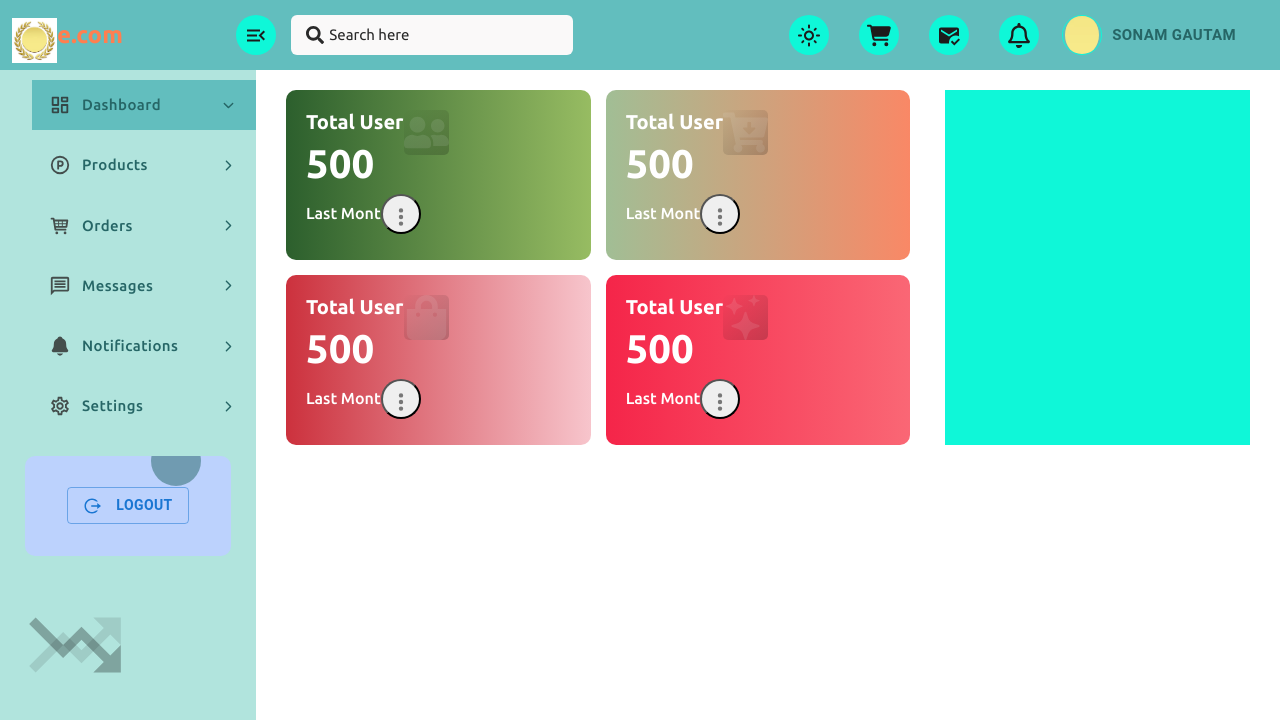
Repository: gautamsonam011/admin-react-dashboard
Page: /
These files come from the project's save history. The page is drawn as it stood at one moment and after the next save; the edit follows.
The browser window is 1280 px wide. The pictures show the whole page.
The project was rebuilt for these pictures with package versions that can differ from the ones it lists, and the page was loaded fresh each time.

Above is the page before, as saved 2025-04-16 14:17:28.

### src/App.css
@import url('https://fonts.googleapis.com/css2?family=Ubuntu:ital,wght@0,300;0,400;0,500;0,700;1,300;1,400;1,500;1,700&display=swap');

body{
  font-family: "Ubuntu", sans-serif !important;
  background-color: #f4f8f7;

}

header{
  width:100%;
  height: 70px;
  background-color:#62bebe;
  position: fixed;
  top:0px;
  left:0px;
  z-index: 1000;
}
header .logo{
  text-decoration: none;
}
header .logo img{
  margin-top: 10px;
  width:45px;

}

header .logo span{
color: coral;
font-weight: bolder;
font-size: 24px;
}
header button.rounded-circle{min-width:40px !important; width:40px !important; height: 40px !important; background-color:#0ff7d8 !important; margin: 15px;}
header button.rounded-circle svg{color:rgb(29, 27, 27); font-size: 25px !important; transition: all 0.2s ease-in-out;}
header button.rounded-circle:hover svg{color: #2585d4 !important;}
.searchBox{width:400px; height: 40px; background-color:#faf9f9; border-radius: 6px;padding: 3px 15px;}
.searchBox input{background: transparent;border:0px; outline:none; padding-left: 5px; font-size: 15px; color:#292929}
.searchBox input::-webkit-input-placeholder{color:#292929}
.searchBox svg{font-size: 18px; color:#292929 ;}

.userImg{display: flex; align-items:center; justify-content: center; overflow: hidden; width:40px; height: 40px; border:1px solid #0ff7d8; padding: 2px; border-radius: 100%;}
.userImg .rounded-circle{display: flex; align-items:center; justify-content: center; overflow: hidden; width: 40px; height: 40px; cursor: pointer; position: relative;}
.userImg .rounded-circle .img{object-fit: cover; width: 100%;}
.userInfo{padding-left: 10px;}
.userInfo h5{font-size: 15px; font-weight: 600; margin-bottom:0px; color: #266666;}

#account-menu li{font-size: 14px !important;}
#account-menu li svg{font-size: 20px !important}

.dropdown-info{padding-left: 6px;}
.dropdown-info h4{font-size: 15px; font-weight:600;margin-top: 2px; white-space: break-space; line-height: 21px;}
.dropdown-info p{font-size: 10px; color: #2585d4;}


/* Style for sidebar  */

.main .sidebarWrapper{width: 20%; flex: 0 0 20%; transition: all 0.3s ease-in-out;}
.main .sidebarWrapper .sidebar{width:20%; height: 100vh; position:fixed; top: 70px; left:0px; background:#b1e4dd; overflow-y: scroll; overflow-x: hidden;}
.main .sidebarWrapper .sidebar::-webkit-scrollbar-thumb{background: transparent !important; width:3px;}
.main .sidebarWrapper:hover .sidebar::-webkit-scrollbar{ background:#2585d4; width:3px;}
.main .sidebarWrapper .sidebar ul{margin-bottom:0px;}
.main .sidebarWrapper .sidebar ul li{list-style: none; margin-top:10px;}
.main .sidebarWrapper .sidebar ul li button{color:#266666; text-align: left; justify-content: left; border-radius:0px !important; padding: 12px 15px !important;
  align-items: center; text-transform: capitalize !important;font-family: "Ubuntu", sans-serif !important;
  margin-left: 0px; font-size: 15px !important;
}
.main .sidebarWrapper .sidebar ul li button .icon{display: flex; align-items:center; justify-content: center; width:25px; height:25px; margin-right: 10px;}
.main .sidebarWrapper .sidebar ul li button .icon svg{color:#292929; opacity: 0.8; font-size: 22px;}
.main .sidebarWrapper .sidebar ul li button .arrow{margin-left: auto; display: flex; align-items: center; justify-content: center; width: 25px; transition: all 0.3s ease-in-out}
.main .sidebarWrapper .sidebar ul li button:hover{background:#62bebe !important;}
.main .sidebarWrapper .sidebar ul li button.active{background: #62bebe !important;}
.main .sidebarWrapper .sidebar ul li button.active .arrow{transform: rotate(90deg);}

.main .sidebarWrapper .sidebar ul .submenu{padding: 0px 45px; position:relative; height:auto;}
.main .sidebarWrapper .sidebar ul .submenu::before{content:''; width:1px; height: 95%; position: absolute; top:0px; left:25px; background:rgba(0, 0, 0, 0.1);}
.main .sidebarWrapper .sidebar ul .submenu li{width:100%; list-style: none;}
.main .sidebarWrapper .sidebar ul .submenu li a{color:#266666 !important; text-decoration: none; font-family: "Ubuntu", sans-serif !important;
display: block; padding: 6px 0px; font-size: 14px !important; font-weight: 500; transition:all 0.3s}
.main .sidebarWrapper .sidebar ul .submenu li a:hover{color:#2585d4 !important;}

.main .sidebarWrapper .sidebar ul .submenuWrapper{transition:all 0.3s ease-in-out; height: 0px; overflow: hidden; }
.main .sidebarWrapper .sidebar ul .submenuWrapper.colapsed .submenu{opacity:0;}

.main .sidebarWrapper .sidebar ul .submenuWrapper.colapse{height:auto; overflow: inherit;}
.main .sidebarWrapper .sidebar ul .submenuWrapper.colapse .submenu{opacity:1; height:auto;}

.logoutWrapper{padding: 0px 25px;}
.logoutWrapper .logoutBox{width:100%; height:100px; padding: 25px; background:#bcd2fd; border-radius:10px; margin-bottom:20px; display:flex; align-items: center; justify-content: center;
position:relative; overflow:hidden;}
.logoutWrapper .logoutBox::before{content:''; width:50px; height:50px; background:#266666; border-radius: 100%; position:absolute; top: -20px; right: 30px; opacity:0.5}
.logoutWrapper .logoutBox::after{content:''; width:30px; height:30px; background:#266666; border-radius: 100%; position:absolute; top: -30px; left: 30px; opacity:0.5}
.logoutWrapper .logoutBox button{font-size:14px !important; font-weight: 600 !important; }
.logoutWrapper .logoutBox button svg{margin-right: 15px; font-size:18px;}

.main .content{width:80%; flex: 0 0 80%;}
.dashboardBoxWrapperRow{margin-left: 20%;}
.right-content{padding: 90px 30px;}
.dashboardBoxWrapper{gap: 15px; width:100%; flex-wrap: wrap;}
.dashboardBoxWrapper .dashboardBox{width:48%; height: 170px; border-radius:10px; overflow: hidden; padding:20px; display: flex; flex-direction: column; justify-content: space-around; text-align: left !important; justify-content: flex-start;}
.dashboardBoxWrapperRow .box{width:100%; height: 100%; background:#0ff7d8;}

.dashboardBoxWrapper .dashboardBox .col1 h4{font-size: 20px; font-weight: 600;}
.dashboardBoxWrapper .dashboardBox .col1 span{font-size: 40px; font-weight: bold;}
.dashboardBoxWrapper .dashboardBox .icon {display: flex; align-items:center; justify-content: center; width:45px; height: 45px; border-radius:5px; background-image: linear-gradient(to bottom right, rgba(0, 0, 0, 0), rgba(0, 0, 0, 0.2));}
.dashboardBoxWrapper .dashboardBox .icon svg{font-size: 45px; opacity: 0.1; color:#f4f8f7}

.dashboardBoxWrapper .dashboardBox button.toggleIcon {font-size: 22px; color:rgba(0,0,0,0.5); cursor: pointer; min-width: 40px !important; width: 40px !important; height: 40px !important; border-radius: 50% !important;}

.dashboardBoxWrapperRow .dashboardBoxWrapper .dashboardBox .chart{position:absolute; opacity: 0.1; bottom:20px; left:20px;}
.dashboardBoxWrapperRow .dashboardBoxWrapper .dashboardBox .chart svg{font-size: 110px; color: #000;}

### src/pages/Dashboard/Dashboard.jsx
import DashboardBox from "../../components/DashboardBox";
import { FaUserFriends } from "react-icons/fa";
import { FaCartArrowDown } from "react-icons/fa";
import { FaShoppingBag } from "react-icons/fa";
import { BsStars } from "react-icons/bs";


const Dashboard = () => {
    return (
        <div className="right-content w-100">
            <div className="row dashboardBoxWrapperRow ">
                <div className="col-md-8">
                    <div className="dashboardBoxWrapper d-flex">
                        <DashboardBox color={["#2C5F2D", "#97BC62"]} icon={<FaUserFriends/>} grow={true} />
                        <DashboardBox color={["#A1BE95", "#F98866"]} icon={<FaCartArrowDown/>} />
                        <DashboardBox color={["#CC313D", "#F7C5CC"]} icon={<FaShoppingBag/>} />
                        <DashboardBox color={["#F52549", "#FA6775"]} icon={<BsStars/>} />

                    </div>
                </div>
                <div className="col-md-4 pl-0">
                    <div className="box"></div>
                </div>
            </div>
        </div>
    )
}

export default Dashboard;

### src/components/Sidebar/index.jsx
import Button from '@mui/material/Button';
import { RiDashboardLine } from "react-icons/ri";
import { IoIosArrowForward } from "react-icons/io";
import { TbBrandProducthunt } from "react-icons/tb";
import { TiShoppingCart } from "react-icons/ti";
import { MdOutlineMessage } from "react-icons/md";
import { IoNotifications } from "react-icons/io5";
import { MdOutlineSettings } from "react-icons/md";
import { Link } from 'react-router-dom';
import React, {useState} from "react";
import { RiLogoutCircleRLine } from "react-icons/ri";

const Sidebar = () =>{
    const [activeTab, setActiveTab] = useState(0);
    const [isToggleSubmenu, setIsToggleSubmenu] = useState(false);

    const isOpenSubmenu = (index) =>{
        setActiveTab(index);
        setIsToggleSubmenu(!isToggleSubmenu);


    }

    return(
        <div className="sidebar">
            <ul>
                <li>
                    <Link to="/">
                    <Button className={`w-100 ${activeTab === 0 ? 'active' : ''}`} onClick={()=>isOpenSubmenu(0)}>
                        <span className='icon'><RiDashboardLine/></span>
                        Dashboard
                        <span className="arrow"><IoIosArrowForward/></span>
                    </Button>
                    </Link>
                </li>
                <li>
                    <Button className={`w-100 ${activeTab === 1 && isToggleSubmenu===true ?  'active' : ''}`} onClick={()=>isOpenSubmenu(1)}>
                        <span className='icon'><TbBrandProducthunt/></span>
                        Products
                        <span className="arrow"><IoIosArrowForward/></span>
                    </Button>
                    <div className={`submenuWrapper ${activeTab===1 && isToggleSubmenu===true ? 'colapse':'colapsed'}`}>
                    <ul className='submenu'>
                        <li><Link to="#">Product Add</Link></li>
                        <li><Link to="#">Product List</Link></li>
                        <li><Link to="#">Product View</Link></li>
                    </ul>
                    </div>
                </li>
                <li>
                    <Link to="/">
                    <Button className={`w-100 ${activeTab === 2 ? 'active' : ''}`} onClick={()=>isOpenSubmenu(2)}>
                        <span className='icon'><TiShoppingCart/></span>
                        Orders
                        <span className="arrow"><IoIosArrowForward/></span>
                    </Button>
                    </Link>
                </li>
                <li>
                    <Link to="/">
                    <Button className={`w-100 ${activeTab === 3 ? 'active' : ''}`} onClick={()=>isOpenSubmenu(3)}>
                        <span className='icon'><MdOutlineMessage/></span>
                        Messages
                        <span className="arrow"><IoIosArrowForward/></span>
                    </Button>
                    </Link>
                </li>
                <li>
                    <Link to="/">
                    <Button className={`w-100 ${activeTab === 4 ? 'active' : ''}`} onClick={()=>isOpenSubmenu(4)}>
                        <span className='icon'><IoNotifications/></span>
                        Notifications
                        <span className="arrow"><IoIosArrowForward/></span>
                    </Button>
                    </Link>
                </li>
                <li>
                    <Link to="/">
                    <Button className={`w-100 ${activeTab === 5 ? 'active' : ''}`} onClick={()=>isOpenSubmenu(5)}>
                        <span className='icon'><MdOutlineSettings /></span>
                        Settings
                        <span className="arrow"><IoIosArrowForward/></span>
                    </Button>
                    </Link>
                </li>
            </ul>
            <br/>
            <div className="logoutWrapper">
                <div className="logoutBox">
            <Button variant="outlined"> <RiLogoutCircleRLine/>Logout</Button>
            </div>
            </div>
        </div>
    )
}

export default Sidebar

### src/components/DashboardBox.jsx

import { HiDotsVertical } from "react-icons/hi";
import TrendingUpIcon from '@mui/icons-material/TrendingUp';
import TrendingDownIcon from '@mui/icons-material/TrendingDown';

const DashboardBox = (props) => {

    return (
        <div className="dashboardBox" style={{
            backgroundImage: `linear-gradient(to right, ${props.color?.[0]}, ${props.color?.[1]})`
        }}
        >
            {
                props.grow === true ?
                <span className="chart"><TrendingUpIcon/></span>
                :
                <span className="chart"><TrendingDownIcon/></span>
            }
            <div className="d-flex w-100">
                <div className="col1">
                    <h4 className="text-white mb-0">Total User</h4>
                    <span className="text-white">500</span>
                </div>
                <div className="ml-auto">
                    {
                        props.icon ?
                        <span className="icon">
                            {props.icon ? props.icon : ''}
                            </span>
                            :
                            ''
                    }

                </div>

            </div>
            <div className="d-flex align-items-center">
                <h6 className="text-white mb-0 mt-0">Last Mont</h6>
                <button className="ml-auto toggleIcon"><HiDotsVertical/></button>
            </div>
        </div>


    )

}

export default DashboardBox;

### src/components/SearchBox.jsx
import { FaSearch } from "react-icons/fa";

const SearchBox = () =>{
    return (
        <div className="searchBox position-relative d-flex align-items-center">
            <FaSearch className="mr-2" />
            <input type="text" placeholder="Search here"  />
        </div>
    )
}

export default SearchBox;

Loaded but not shown: public/index.html (common file); src/index.js (common file); src/reportWebVitals.js (common file); src/App.js (27 lines, source omitted); src/components/Header/index.jsx (226 lines, source omitted)

After the next save:
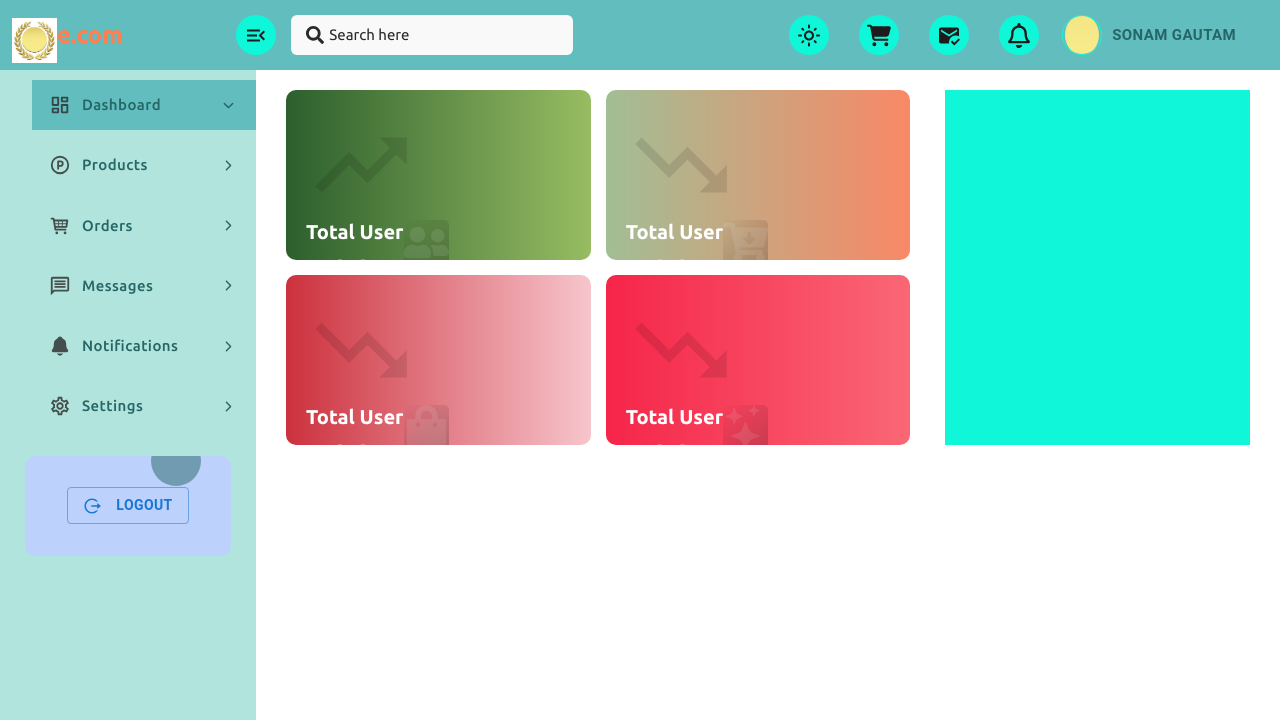
Saved 18 s later.
--- a/src/App.css
+++ b/src/App.css
@@ -105,5 +105,5 @@
 
 .dashboardBoxWrapper .dashboardBox button.toggleIcon {font-size: 22px; color:rgba(0,0,0,0.5); cursor: pointer; min-width: 40px !important; width: 40px !important; height: 40px !important; border-radius: 50% !important;}
 
-.dashboardBoxWrapperRow .dashboardBoxWrapper .dashboardBox .chart{position:absolute; opacity: 0.1; bottom:20px; left:20px;}
+.dashboardBoxWrapperRow .dashboardBoxWrapper .dashboardBox .chart{position:static; opacity: 0.1; bottom:20px; left:20px;}
 .dashboardBoxWrapperRow .dashboardBoxWrapper .dashboardBox .chart svg{font-size: 110px; color: #000;}

After the save that followed:
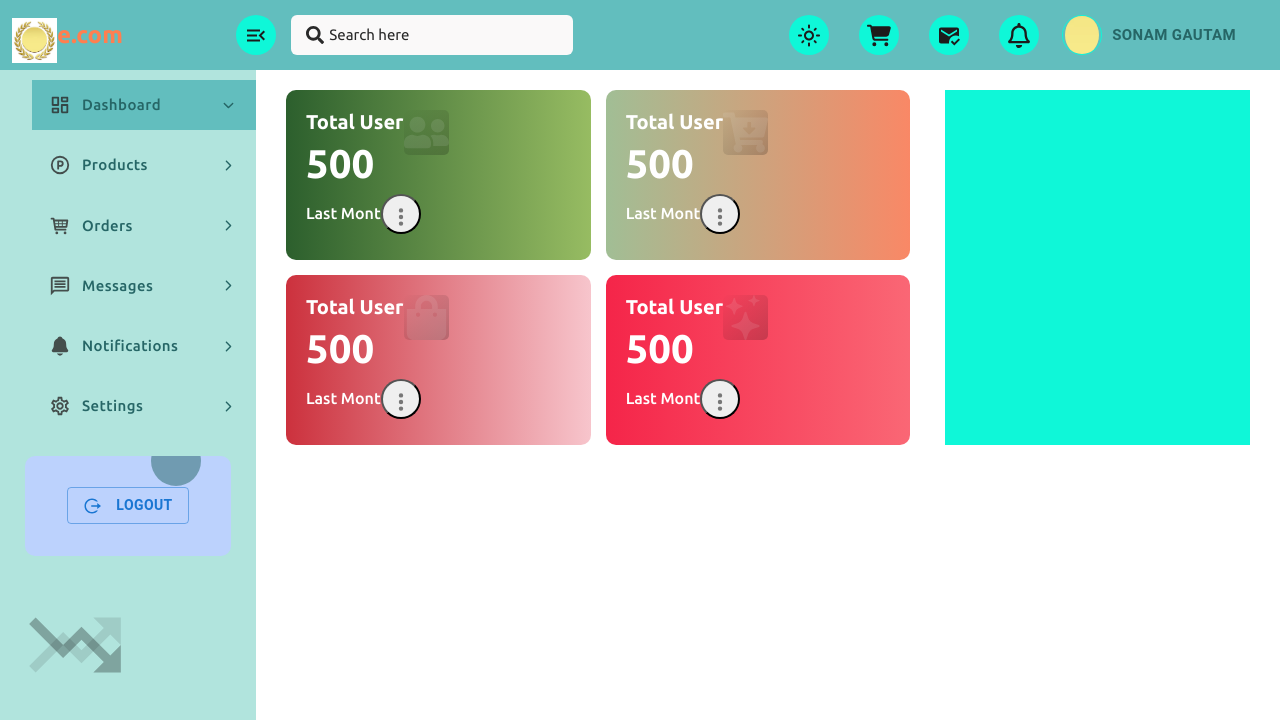
Saved 13 s later.
--- a/src/App.css
+++ b/src/App.css
@@ -105,5 +105,5 @@
 
 .dashboardBoxWrapper .dashboardBox button.toggleIcon {font-size: 22px; color:rgba(0,0,0,0.5); cursor: pointer; min-width: 40px !important; width: 40px !important; height: 40px !important; border-radius: 50% !important;}
 
-.dashboardBoxWrapperRow .dashboardBoxWrapper .dashboardBox .chart{position:static; opacity: 0.1; bottom:20px; left:20px;}
+.dashboardBoxWrapperRow .dashboardBoxWrapper .dashboardBox .chart{position:absolute; opacity: 0.1; bottom:20px; left:20px;}
 .dashboardBoxWrapperRow .dashboardBoxWrapper .dashboardBox .chart svg{font-size: 110px; color: #000;}
